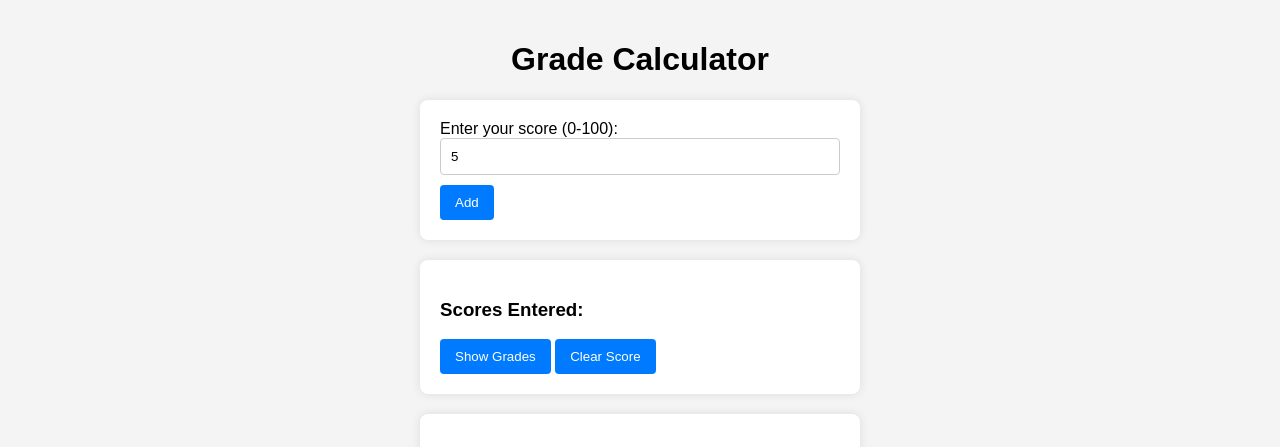
Repository: Rahim-Ullah/hexoforge-bootcamp
Page: phase-2-js-basic/grade-calculator.html
These files come from the project's save history. The page is drawn as it stood at one moment and after the next save; the edit follows.
The browser window is 1280 px wide. The pictures show the whole page.
Empty fields were first filled with sample values (such as "Sample", 5 or name@example.com).
After loading, the first visible `#scoreForm` was submitted once.

Above is the page before, as saved 2025-09-06 13:47:30.

After the next save:
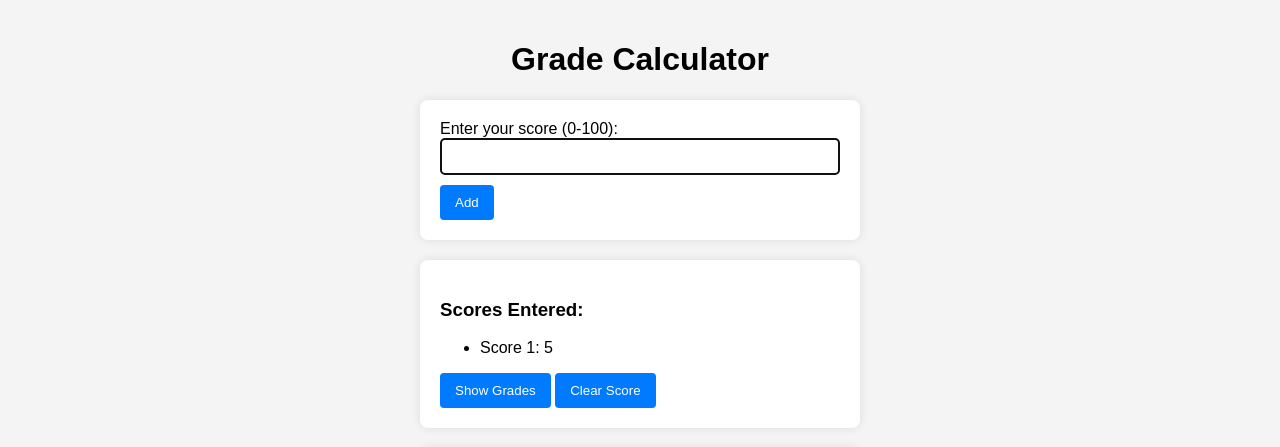
Saved 12 s later.
--- a/phase-2-js-basic/grade-calculator.html
+++ b/phase-2-js-basic/grade-calculator.html
@@ -168,7 +168,10 @@
             `;
             result.style.color = color;
         });
-
+        document.getElementById('scoreForm').addEventListener('submit', function (e) {
+            e.preventDefault();
+            addScoreBtn.click();
+        });
     </script>
 </body>
 
